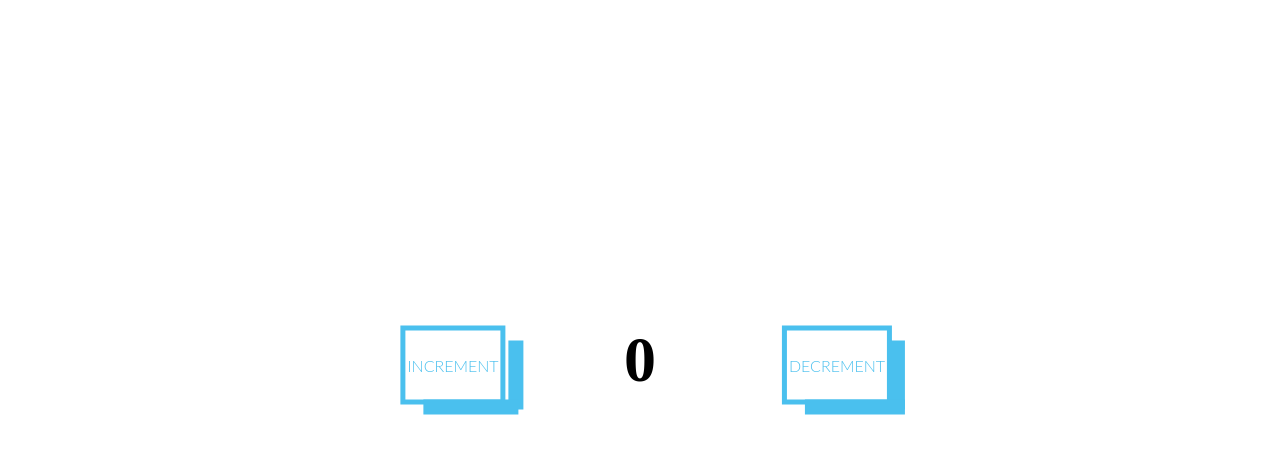
Repository: Ellisvelandia/react_introduction_test
Page: /
The author's editor kept a copy of each file at every save. The page is drawn from the files as they stood at one save, then again after the next save.
The browser window is 1280 px wide. The pictures show the whole page.
The project was rebuilt for these pictures with package versions that can differ from the ones it lists, and the page was loaded fresh each time. Also part of the build but not shown: src/index.css.

Above is the page before, as saved 2022-08-15 20:12:10.

### src/App.js
import "./App.scss";
import React, { useState } from "react";

const App = () => {
  const [num, changeNum] = useState(0);

  const incrementNum = () => {
    changeNum(num + 2);
  };

  const decrementNum = () => {
    if (num - 1 < 0) {
      alert(`you can't decrease than 0`);
    } else {
      changeNum(num - 2);
    }
  };

  return (
    <>
      <div className="container">
        <h1>{num}</h1>
        <button className="button_I" onClick={incrementNum}>Increment</button>
        <button className="button_D" onClick={decrementNum}>Decrement</button>
      </div>
    </>
  );
};

export default App;

### src/App.scss
* {
  margin: 0;
  padding: 0;
  box-sizing: border-box;
}

body {
  width: 100%;
  height: 100vh;
  display: flex;
  justify-content: center;
  align-items: center;
  flex-direction: column;
}

.container {
  align-self: center;
}

h1 {
  text-align: center;
  font-size: 4rem;
}

button {
  font-size: 1rem;
  margin: 5px;
  font-family: "Lato", sans-serif;
  font-weight: 300;
}


.button_I {
  position: absolute;
  left: 35%;
  top: 50%;
  transform: translateX(-50%) translateY(-50%);

  background: #fff;
  max-width: 120px;
  padding: 25px 2px;

  border: 5px solid #4ac0ee;
  color: #4ac0ee;
  text-transform: uppercase;
  text-align: center;

  z-index: 2;
  transition: all 0.15s 0.15s ease-out;

  &:after,
  &:before {
    position: absolute;
    width: 100%;
    max-width: 100%;
    top: 100%;
    left: 0;
    bottom: -10px;
    content: "";
    z-index: 1;
    transition: all 0.15s 0.15s ease-out;
  }

  &:before {
    background: #4ac0ee;
    top: 10px;
    left: 103px;
    height: 100%;
    width: 15px;
  }

  &:after {
    width: 100%;
    background: #4ac0ee;
    right: 0px;
    left: 18px;
    height: 15px;
  }

  &:hover {
    background: #4ac0ee;
    color: #fff;
    margin-left: -7.5px;
    margin-bottom: -7.5px;

    &:after,
    &:before {
      top: 100%;
      left: 0;
      bottom: 0px;
    }

    &:before {
      top: 0px;
      left: 0px;
      width: 0px;
    }

    &:after {
      right: 0px;
      left: 0px;
      height: 0px;
    }
  }
}



.button_D {
  position: absolute;
  left: 65%;
  top: 50%;
  transform: translateX(-50%) translateY(-50%);

  background: #fff;
  max-width: 120px;
  padding: 25px 2px;

  border: 5px solid #4ac0ee;
  color: #4ac0ee;
  text-transform: uppercase;
  text-align: center;

  z-index: 2;
  transition: all 0.15s 0.15s ease-out;

  &:after,
  &:before {
    position: absolute;
    width: 100%;
    max-width: 100%;
    top: 100%;
    left: 0;
    bottom: -10px;
    content: "";
    z-index: 1;
    transition: all 0.15s 0.15s ease-out;
  }

  &:before {
    background: #4ac0ee;
    top: 10px;
    left: 103px;
    height: 100%;
    width: 15px;
  }

  &:after {
    width: 100%;
    background: #4ac0ee;
    right: 0px;
    left: 18px;
    height: 15px;
  }

  &:hover {
    background: #4ac0ee;
    color: #fff;
    margin-left: -7.5px;
    margin-bottom: -7.5px;

    &:after,
    &:before {
      top: 100%;
      left: 0;
      bottom: 0px;
    }

    &:before {
      top: 0px;
      left: 0px;
      width: 0px;
    }

    &:after {
      right: 0px;
      left: 0px;
      height: 0px;
    }
  }
}

Loaded but not shown: public/index.html (common file); src/index.js (common file); src/reportWebVitals.js (common file)

After the next save:
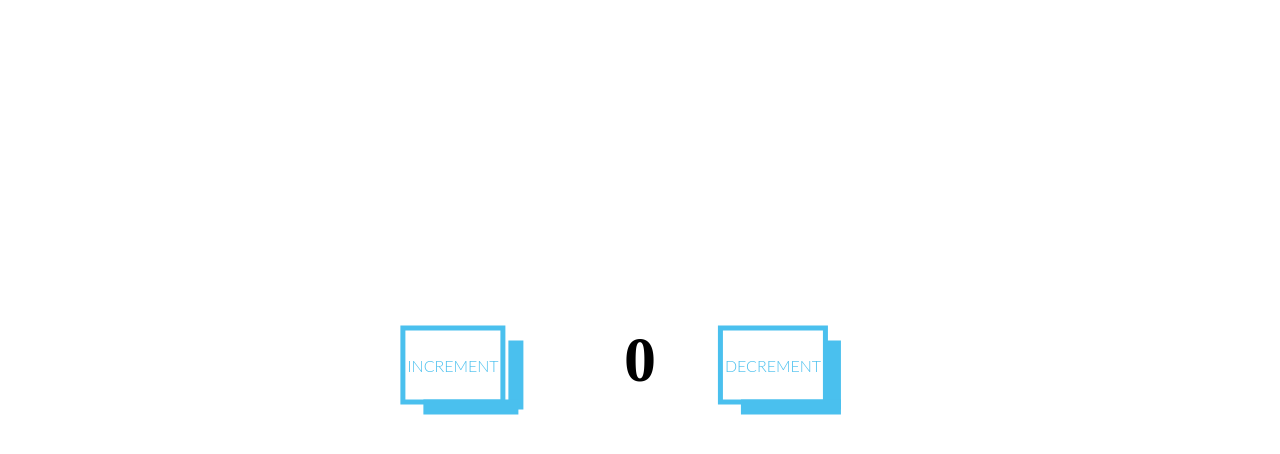
Saved 6 s later.
--- a/src/App.scss
+++ b/src/App.scss
@@ -108,7 +108,7 @@ button {
 
 .button_D {
   position: absolute;
-  left: 65%;
+  left: 60%;
   top: 50%;
   transform: translateX(-50%) translateY(-50%);
 
